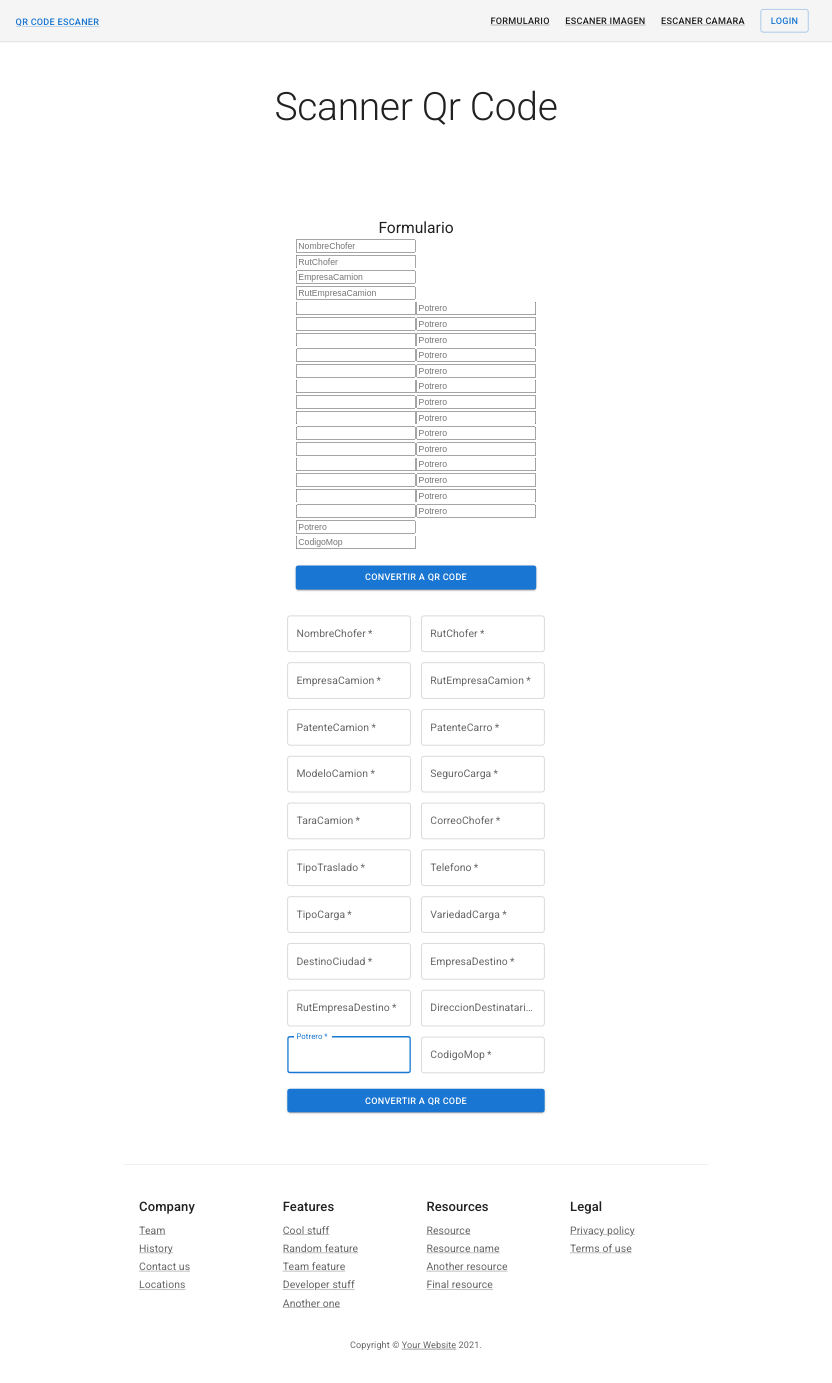
Repository: FlamesAlejandro/QrCodeForm
Page: /form
The author's editor kept a copy of each file at every save. The page is drawn from the files as they stood at one save, then again after a run of saves.
The browser window is 1280 px wide. The pictures show the whole page, at 65% of full size.
The project was rebuilt for these pictures with package versions that can differ from the ones it lists, and the page was loaded fresh each time. Also part of the build but not shown: src/App.css, src/components/pages/ImagenEscaner.js, src/components/pages/CamaraEscaner.js, src/components/pages/Home.js.

Above is the page before, as saved 2021-10-24 07:52:16.

### src/App.js
import './App.css';
import { AppRouter } from './routers/AppRouter';

function App() {
  return (
    <>
      <AppRouter />
    </>
  );
}

export default App;

### src/components/ui/MainFooter.js
import React from 'react'
import Grid from '@mui/material/Grid';
import Typography from '@mui/material/Typography';
import Link from '@mui/material/Link';

function Copyright(props) {
    return (
      <Typography variant="body2" color="text.secondary" align="center" {...props}>
        {'Copyright © '}
        <Link color="inherit" href="https://mui.com/">
          Your Website
        </Link>{' '}
        {new Date().getFullYear()}
        {'.'}
      </Typography>
    );
  }

  const footers = [
    {
      title: 'Company',
      description: ['Team', 'History', 'Contact us', 'Locations'],
    },
    {
      title: 'Features',
      description: [
        'Cool stuff',
        'Random feature',
        'Team feature',
        'Developer stuff',
        'Another one',
      ],
    },
    {
      title: 'Resources',
      description: ['Resource', 'Resource name', 'Another resource', 'Final resource'],
    },
    {
      title: 'Legal',
      description: ['Privacy policy', 'Terms of use'],
    },
  ];

export const MainFooter = () => {

    return (
        <>
            <Grid container spacing={4} justifyContent="space-evenly">
                {footers.map((footer) => (
                    <Grid item xs={6} sm={3} key={footer.title}>
                    <Typography variant="h6" color="text.primary" gutterBottom>
                        {footer.title}
                    </Typography>
                    <ul>
                        {footer.description.map((item) => (
                        <li key={item}>
                            <Link href="#" variant="subtitle1" color="text.secondary">
                            {item}
                            </Link>
                        </li>
                        ))}
                    </ul>
                    </Grid>
                ))}
            </Grid>
            <Copyright sx={{ mt: 5 }} />
        </>
    )
}

### src/components/pages/Form.js
import React, { useState } from 'react'
import Button from '@mui/material/Button';
import CssBaseline from '@mui/material/CssBaseline';
import TextField from '@mui/material/TextField';
import Grid from '@mui/material/Grid';
import Box from '@mui/material/Box';
import Typography from '@mui/material/Typography';
import Container from '@mui/material/Container';
import QRCode from 'qrcode';
import { useForm } from "react-hook-form";

export const Form = () => {

    const [imgUrl, setImgUrl] = useState('');

    const { register, handleSubmit, formState: { errors } } = useForm();
    const onSubmit = data => console.log(data);
    console.log(errors);

    const generarQrCode = async(event) => {
        try {
            event.preventDefault();
            const data = new FormData(event.currentTarget);
            const response = await QRCode.toDataURL(data);
            setImgUrl(response);

        } catch (error) {
          console.log(error);
        }
    }

    return (
        <>
            <Container component="main" maxWidth="xs">
                <CssBaseline />
                <Box
                sx={{
                    marginTop: 8,
                    display: 'flex',
                    flexDirection: 'column',
                    alignItems: 'center',
                }}
                >
                <Typography component="h1" variant="h5">
                    Formulario
                </Typography>

                <form onSubmit={handleSubmit(onSubmit)}>
                <Grid item xs={12} sm={6}>
                        <input type="text" placeholder="NombreChofer" {...register("NombreChofer", {})} />
                    </Grid>
                    <Grid item xs={12} sm={6}>
                        <input type="text" placeholder="RutChofer" {...register("RutChofer", {})} />
                    </Grid>
                    <Grid item xs={12} sm={6}>
                        <input type="text" placeholder="EmpresaCamion" {...register("EmpresaCamion", {})} />
                    </Grid>
                    <Grid item xs={12} sm={6}>
                        <input type="text" placeholder="RutEmpresaCamion" {...register("RutEmpresaCamion", {})} />
                    </Grid>
                    <Grid item xs={12} sm={6}>
                        <input
                        autoComplete="PatenteCamion"
                        name="PatenteCamion"
                        required
                        fullWidth
                        id="PatenteCamion"
                        label="PatenteCamion"
                        autoFocus
                        />
                        <input type="text" placeholder="Potrero" {...register("Potrero", {})} />
                    </Grid>
                    <Grid item xs={12} sm={6}>
                        <input
                        required
                        fullWidth
                        id="PatenteCarro"
                        label="PatenteCarro"
                        name="PatenteCarro"
                        autoComplete="PatenteCarro"
                        />
                        <input type="text" placeholder="Potrero" {...register("Potrero", {})} />
                    </Grid>
                    <Grid item xs={12} sm={6}>
                        <input
                        autoComplete="ModeloCamion"
                        name="ModeloCamion"
                        required
                        fullWidth
                        id="ModeloCamion"
                        label="ModeloCamion"
                        autoFocus
                        />
                        <input type="text" placeholder="Potrero" {...register("Potrero", {})} />
                    </Grid>
                    <Grid item xs={12} sm={6}>
                        <input
                        required
                        fullWidth
                        id="SeguroCarga"
                        label="SeguroCarga"
                        name="SeguroCarga"
                        autoComplete="SeguroCarga"
                        />
                        <input type="text" placeholder="Potrero" {...register("Potrero", {})} />
                    </Grid>
                    <Grid item xs={12} sm={6}>
                        <input
                        autoComplete="TaraCamion"
                        name="TaraCamion"
                        required
                        fullWidth
                        id="TaraCamion"
                        label="TaraCamion"
                        autoFocus
                        />
                        <input type="text" placeholder="Potrero" {...register("Potrero", {})} />
                    </Grid>
                    <Grid item xs={12} sm={6}>
                        <input
                        required
                        fullWidth
                        id="CorreoChofer"
                        label="CorreoChofer"
                        name="CorreoChofer"
                        autoComplete="CorreoChofer"
                        />
                        <input type="text" placeholder="Potrero" {...register("Potrero", {})} />
                    </Grid>
                    <Grid item xs={12} sm={6}>
                        <input
                        autoComplete="TipoTraslado"
                        name="TipoTraslado"
                        required
                        fullWidth
                        id="TipoTraslado"
                        label="TipoTraslado"
                        autoFocus
                        />
                        <input type="text" placeholder="Potrero" {...register("Potrero", {})} />
                    </Grid>
                    <Grid item xs={12} sm={6}>
                        <input
                        required
                        fullWidth
                        id="Telefono"
                        label="Telefono"
                        name="Telefono"
                        autoComplete="Telefono"
                        />
                        <input type="text" placeholder="Potrero" {...register("Potrero", {})} />
                    </Grid>
                    <Grid item xs={12} sm={6}>
                        <input
                        autoComplete="TipoCarga"
                        name="TipoCarga"
                        required
                        fullWidth
                        id="TipoCarga"
                        label="TipoCarga"
                        autoFocus
                        />
                        <input type="text" placeholder="Potrero" {...register("Potrero", {})} />
                    </Grid>
                    <Grid item xs={12} sm={6}>
                        <input
                        required
                        fullWidth
                        id="VariedadCarga"
                        label="VariedadCarga"
                        name="VariedadCarga"
                        autoComplete="VariedadCarga"
                        />
                        <input type="text" placeholder="Potrero" {...register("Potrero", {})} />
                    </Grid>
                    <Grid item xs={12} sm={6}>
                        <input
                        autoComplete="DestinoCiudad"
                        name="DestinoCiudad"
                        required
                        fullWidth
                        id="DestinoCiudad"
                        label="DestinoCiudad"
                        autoFocus
                        />
                        <input type="text" placeholder="Potrero" {...register("Potrero", {})} />
                    </Grid>
                    <Grid item xs={12} sm={6}>
                        <input
                        required
                        fullWidth
                        id="EmpresaDestino"
                        label="EmpresaDestino"
                        name="EmpresaDestino"
                        autoComplete="EmpresaDestino"
                        />
                        <input type="text" placeholder="Potrero" {...register("Potrero", {})} />
                    </Grid>
                    <Grid item xs={12} sm={6}>
                        <input
                        autoComplete="RutEmpresaDestino"
                        name="RutEmpresaDestino"
                        required
                        fullWidth
                        id="RutEmpresaDestino"
                        label="RutEmpresaDestino"
                        autoFocus
                        />
                        <input type="text" placeholder="Potrero" {...register("Potrero", {})} />
                    </Grid>
                    <Grid item xs={12} sm={6}>
                        <input
                        required
                        fullWidth
                        id="DireccionDestinatario"
                        label="DireccionDestinatario"
                        name="DireccionDestinatario"
                        autoComplete="DireccionDestinatario"
                        />
                        <input type="text" placeholder="Potrero" {...register("Potrero", {})} />
                    </Grid>
                    <Grid item xs={12} sm={6}>
                        <input type="text" placeholder="Potrero" {...register("Potrero", {})} />
                    </Grid>
                    <Grid item xs={12} sm={6}>
                        <input type="text" placeholder="CodigoMop" {...register("CodigoMop", {})} />
                    </Grid>
                    <Button
                        type="submit"
                        fullWidth
                        variant="contained"
                        sx={{ mt: 3, mb: 2 }}
                    >
                    Convertir a QR CODE
                    </Button>
                </form>

                <Box component="form" noValidate onSubmit={generarQrCode} sx={{ mt: 3 }}>
                    <Grid container spacing={2}>
                    <Grid item xs={12} sm={6}>
                        <TextField
                        autoComplete="NombreChofer"
                        name="NombreChofer"
                        required
                        fullWidth
                        id="NombreChofer"
                        label="NombreChofer"
                        autoFocus
                        />
                    </Grid>
                    <Grid item xs={12} sm={6}>
                        <TextField
                        required
                        fullWidth
                        id="RutChofer"
                        label="RutChofer"
                        name="RutChofer"
                        autoComplete="RutChofer"
                        />
                    </Grid>
                    <Grid item xs={12} sm={6}>
                        <TextField
                        autoComplete="EmpresaCamion"
                        name="EmpresaCamion"
                        required
                        fullWidth
                        id="EmpresaCamion"
                        label="EmpresaCamion"
                        autoFocus
                        />
                    </Grid>
                    <Grid item xs={12} sm={6}>
                        <TextField
                        required
                        fullWidth
                        id="RutEmpresaCamion"
                        label="RutEmpresaCamion"
                        name="RutEmpresaCamion"
                        autoComplete="RutEmpresaCamion"
                        />
                    </Grid>
                    <Grid item xs={12} sm={6}>
                        <TextField
                        autoComplete="PatenteCamion"
                        name="PatenteCamion"
                        required
                        fullWidth
                        id="PatenteCamion"
                        label="PatenteCamion"
                        autoFocus
                        />
                    </Grid>
                    <Grid item xs={12} sm={6}>
                        <TextField
                        required
                        fullWidth
                        id="PatenteCarro"
                        label="PatenteCarro"
                        name="PatenteCarro"
                        autoComplete="PatenteCarro"
                        />
                    </Grid>
                    <Grid item xs={12} sm={6}>
                        <TextField
                        autoComplete="ModeloCamion"
                        name="ModeloCamion"
                        required
                        fullWidth
                        id="ModeloCamion"
                        label="ModeloCamion"
                        autoFocus
                        />
                    </Grid>
                    <Grid item xs={12} sm={6}>
                        <TextField
                        required
                        fullWidth
                        id="SeguroCarga"
                        label="SeguroCarga"
                        name="SeguroCarga"
                        autoComplete="SeguroCarga"
                        />
                    </Grid>
                    <Grid item xs={12} sm={6}>
                        <TextField
                        autoComplete="TaraCamion"
                        name="TaraCamion"
                        required
                        fullWidth
                        id="TaraCamion"
                        label="TaraCamion"
                        autoFocus
                        />
                    </Grid>
                    <Grid item xs={12} sm={6}>
                        <TextField
                        required
                        fullWidth
                        id="CorreoChofer"
                        label="CorreoChofer"
                        name="CorreoChofer"
                        autoComplete="CorreoChofer"
                        />
                    </Grid>
                    <Grid item xs={12} sm={6}>
                        <TextField
                        autoComplete="TipoTraslado"
                        name="TipoTraslado"
                        required
                        fullWidth
                        id="TipoTraslado"
                        label="TipoTraslado"
                        autoFocus
                        />
                    </Grid>
                    <Grid item xs={12} sm={6}>
                        <TextField
                        required
                        fullWidth
                        id="Telefono"
                        label="Telefono"
                        name="Telefono"
                        autoComplete="Telefono"
                        />
                    </Grid>
                    <Grid item xs={12} sm={6}>
                        <TextField
                        autoComplete="TipoCarga"
                        name="TipoCarga"
                        required
                        fullWidth
                        id="TipoCarga"
                        label="TipoCarga"
                        autoFocus
                        />
                    </Grid>
                    <Grid item xs={12} sm={6}>
                        <TextField
                        required
                        fullWidth
                        id="VariedadCarga"
                        label="VariedadCarga"
                        name="VariedadCarga"
                        autoComplete="VariedadCarga"
                        />
                    </Grid>
                    <Grid item xs={12} sm={6}>
                        <TextField
                        autoComplete="DestinoCiudad"
                        name="DestinoCiudad"
                        required
                        fullWidth
                        id="DestinoCiudad"
                        label="DestinoCiudad"
                        autoFocus
                        />
                    </Grid>
                    <Grid item xs={12} sm={6}>
                        <TextField
                        required
                        fullWidth
                        id="EmpresaDestino"
                        label="EmpresaDestino"
                        name="EmpresaDestino"
                        autoComplete="EmpresaDestino"
                        />
                    </Grid>
                    <Grid item xs={12} sm={6}>
                        <TextField
                        autoComplete="RutEmpresaDestino"
                        name="RutEmpresaDestino"
                        required
                        fullWidth
                        id="RutEmpresaDestino"
                        label="RutEmpresaDestino"
                        autoFocus
                        />
                    </Grid>
                    <Grid item xs={12} sm={6}>
                        <TextField
                        required
                        fullWidth
                        id="DireccionDestinatario"
                        label="DireccionDestinatario"
                        name="DireccionDestinatario"
                        autoComplete="DireccionDestinatario"
                        />
                    </Grid>
                    <Grid item xs={12} sm={6}>
                        <TextField
                        autoComplete="Potrero"
                        name="Potrero"
                        required
                        fullWidth
                        id="Potrero"
                        label="Potrero"
                        autoFocus
                        />
                    </Grid>
                    <Grid item xs={12} sm={6}>
                        <TextField
                        required
                        fullWidth
                        id="CodigoMop"
                        label="CodigoMop"
                        name="CodigoMop"
                        autoComplete="CodigoMop"
                        />
                    </Grid>
                    </Grid>
                    <Button
                        type="submit"
                        fullWidth
                        variant="contained"
                        sx={{ mt: 3, mb: 2 }}
                    >
                    Convertir a QR CODE
                    </Button>
                </Box>
                </Box>
                {imgUrl ? (
                    <a href={imgUrl} download>
                        <img src={imgUrl} alt="img" />
                    </a>)
                : null}
            </Container>
        </>
    )
}

Loaded but not shown: public/index.html (common file); src/index.js (common file); src/index.css (common file); src/reportWebVitals.js (common file); src/routers/AppRouter.js (67 lines, source omitted); src/components/ui/MainNavbar.js (58 lines, source omitted)

After the next 2 saves:
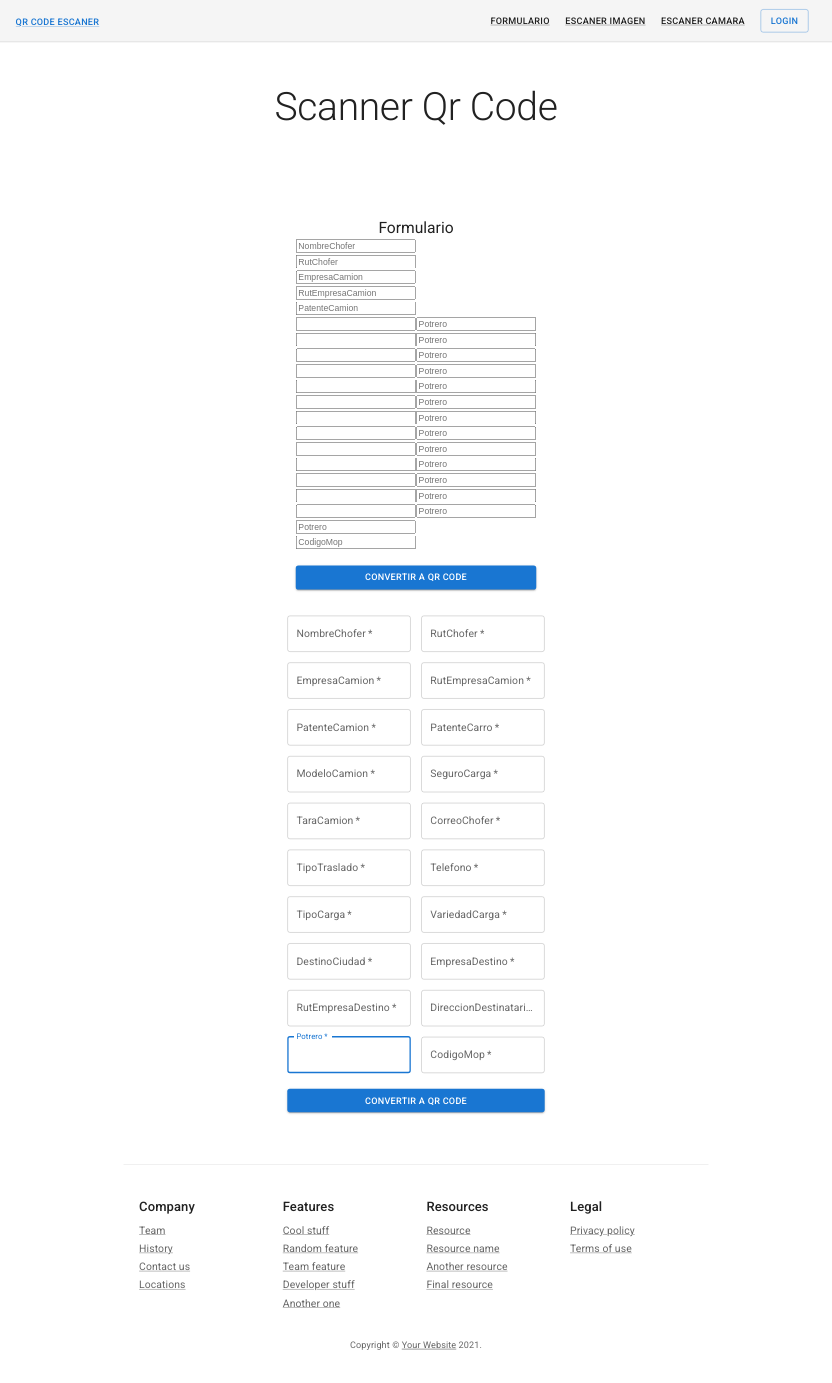
The 2 saves are shown as one change because they came seconds apart.
The last was saved 6 s later.
--- a/src/components/pages/Form.js
+++ b/src/components/pages/Form.js
@@ -59,16 +59,7 @@
                         <input type="text" placeholder="RutEmpresaCamion" {...register("RutEmpresaCamion", {})} />
                     </Grid>
                     <Grid item xs={12} sm={6}>
-                        <input
-                        autoComplete="PatenteCamion"
-                        name="PatenteCamion"
-                        required
-                        fullWidth
-                        id="PatenteCamion"
-                        label="PatenteCamion"
-                        autoFocus
-                        />
-                        <input type="text" placeholder="Potrero" {...register("Potrero", {})} />
+                        <input type="text" placeholder="PatenteCamion" {...register("PatenteCamion", {})} />
                     </Grid>
                     <Grid item xs={12} sm={6}>
                         <input
